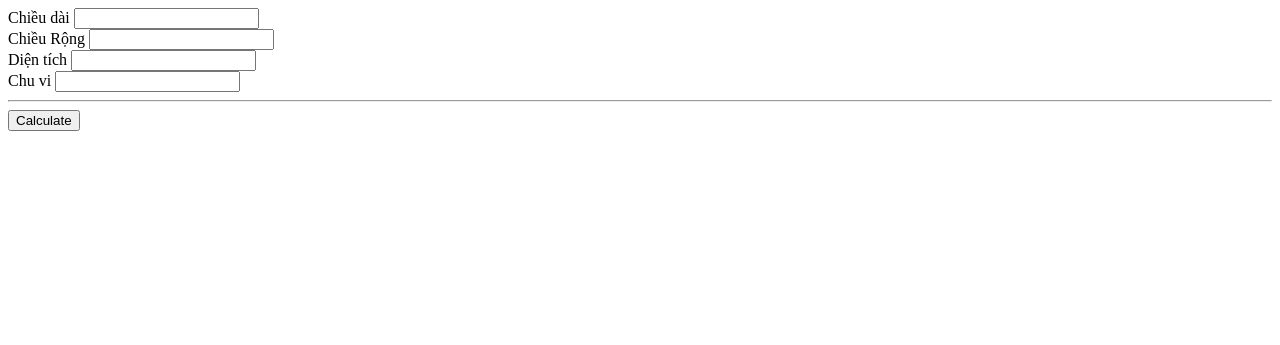
Repository: OanhBuonNgu/Lab4_AngularJS
Page: lab4.4.html
An editor plug-in stored every save of this project. The page is shown before and after the next save, followed by the edit.
The browser window is 1280 px wide. The pictures show the whole page.

Above is the page before, as saved 2022-07-21 09:12:34.

After the next save:
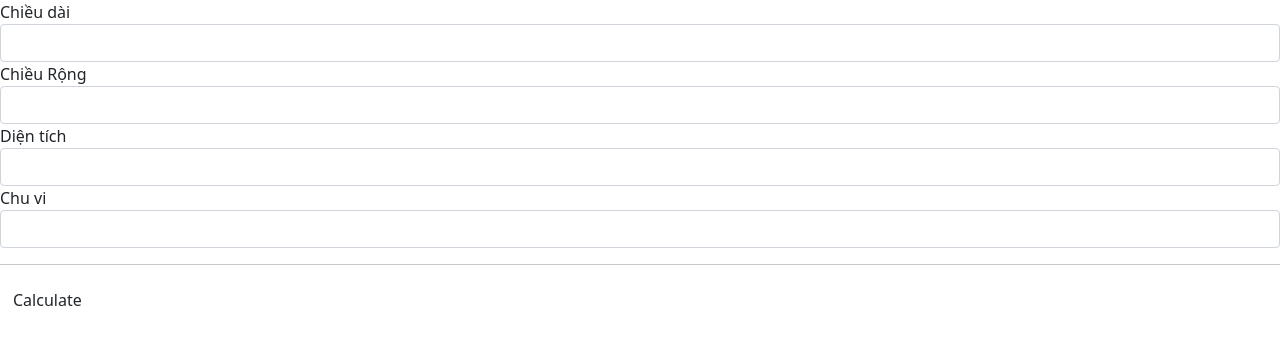
Saved 81 s later.
--- a/lab4.4.html
+++ b/lab4.4.html
@@ -6,6 +6,8 @@
     <meta http-equiv="X-UA-Compatible" content="IE=edge">
     <meta name="viewport" content="width=device-width, initial-scale=1.0">
     <title>Document</title>
+    <link href="https://cdn.jsdelivr.net/npm/bootstrap@5.0.2/dist/css/bootstrap.min.css" rel="stylesheet" integrity="sha384-EVSTQN3/azprG1Anm3QDgpJLIm9Nao0Yz1ztcQTwFspd3yD65VohhpuuCOmLASjC" crossorigin="anonymous">
+    <script src="https://cdn.jsdelivr.net/npm/bootstrap@5.0.2/dist/js/bootstrap.bundle.min.js" integrity="sha384-MrcW6ZMFYlzcLA8Nl+NtUVF0sA7MsXsP1UyJoMp4YLEuNSfAP+JcXn/tWtIaxVXM" crossorigin="anonymous"></script>
 </head>
 
 <body ng-app="myApp">
